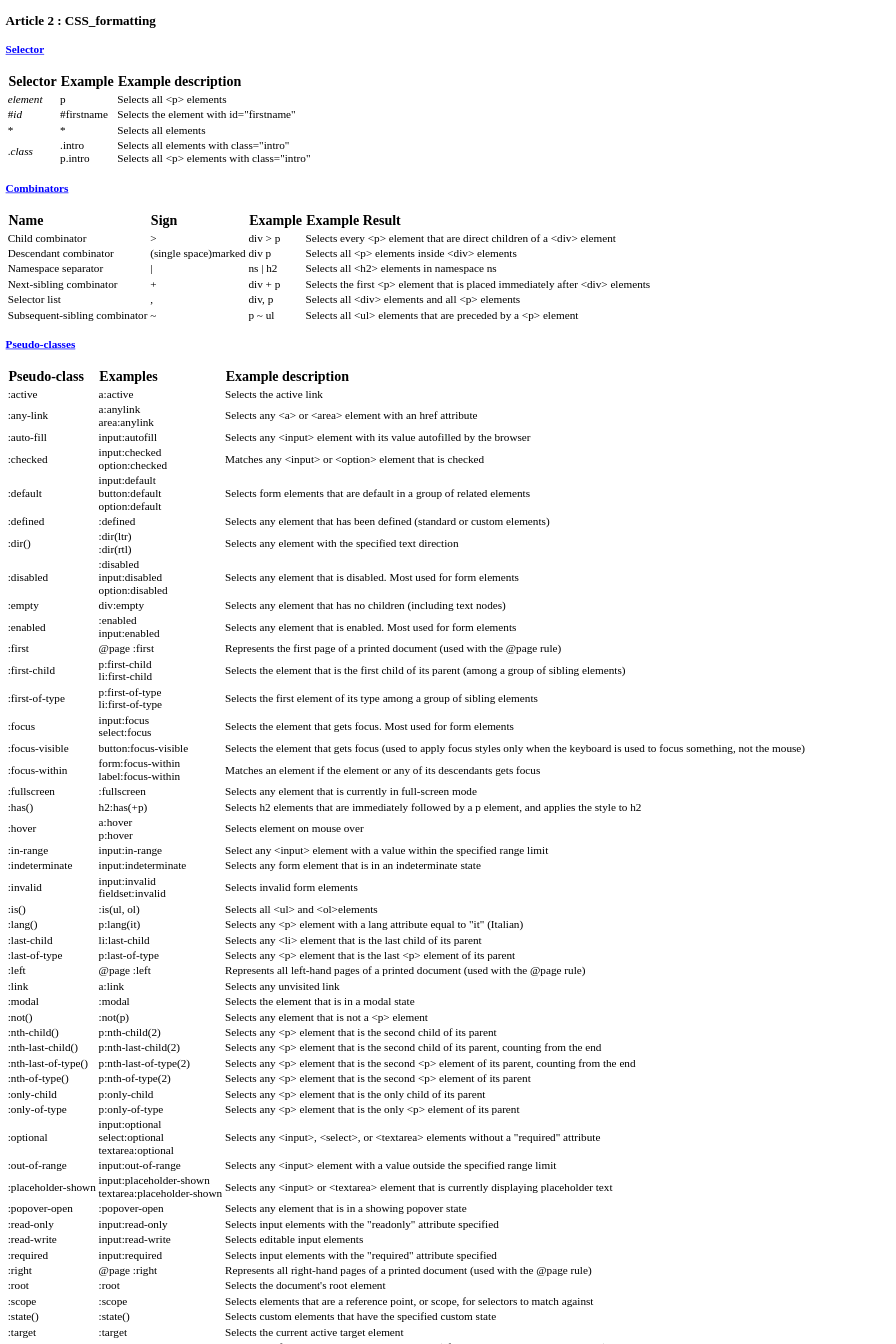
Repository: AnnaSpirit/2025_
Page: Bases/CSS_formatting.html
The author's editor kept a copy of each file at every save. The page is drawn from the files as they stood at one save, then again after the next save.
The browser window is 1280 px wide. The pictures show the part of the page from y = 0 to 1920 px (the page is 2571 px tall), at 70% of full size.

Above is the page before, as saved 2025-01-09 14:19:26.

### Bases/CSS_formatting.html
<!DOCTYPE html>
<html lang="en">
<head>
	<meta charset="UTF-8">
	<meta name="viewport" content="width=device-width, initial-scale=1.0">
	<title>CSS_formatting</title>
	<style>
		th{
		table-layout: auto;
		display: table-cell;
		vertical-align: middle;
		font-weight: bold;
		padding: 2px;
		text-align:justify;
		font-size: 20px;
		}
		.subSection{
			color: blue;
			font-weight: bold;
			text-decoration: underline;
		}
	</style>
</head>
<body>
<h3>Article 2 : CSS_formatting</h3>
<h4 class = "subSection">Selector</h4>
<table>
<tr>
	<th>Selector</th>
	<th>Example</th>
	<th>Example description</th>
</tr>
<tr>
	<td><i>element</i></td>
	<td>p</td>
	<td>Selects all &lt;p&gt; elements</td>
</tr>
<tr>
	<td>#<i>id</i></td>
	<td>#firstname</td>
	<td>Selects the element with id="firstname"</td>
</tr>
<tr>
	<td>*</td>
	<td>*</td>
	<td>Selects all elements</td>
</tr>
<tr>
	<td>.<i>class</i></td>
	<td>.intro<br>p.intro</td>
	<td>Selects all elements with class="intro"<br>Selects all &lt;p&gt; elements with class="intro"
	</td>
</tr>
</table>
<h4 class = "subSection">Combinators</h4>
<table>
<tbody>
	<tr>
		<th>Name</th>
		<th>Sign</th>
		<th>Example</th>
		<th>Example Result</th>
	</tr>
	<tr>
		<td>Child combinator</td>
		<td>&gt;</td>
		<td>div &gt; p</td>
		<td>Selects every &lt;p&gt; element that are direct children of a &lt;div&gt; element</td>
	</tr>
	<tr>
		<td>Descendant combinator</td>
		<td><marked></marked>(single space)marked</td>
		<td>div p</td>
		<td>Selects all &lt;p&gt; elements inside &lt;div&gt; elements</td>
	</tr>
	<tr>
		<td>Namespace separator</td>
		<td>|</td>
		<td>ns | h2</td>
		<td>Selects all &lt;h2&gt; elements in namespace ns</td>
	</tr>
	<tr>
		<td>Next-sibling combinator</td>
		<td>+</td>
		<td>div + p</td>
		<td>Selects the first &lt;p&gt; element that is placed immediately after &lt;div&gt; elements</td>
	</tr>
	<tr>
		<td>Selector list</td>
		<td>,</td>
		<td>div, p</td>
		<td>Selects all &lt;div&gt; elements and all &lt;p&gt; elements</td>
	</tr>
	<tr>
		<td>Subsequent-sibling combinator</td>
		<td>~</td>
		<td>p ~ ul</td>
		<td>Selects all &lt;ul&gt; elements that are preceded by a &lt;p&gt; element</td>
	</tr>
</tbody>
</table>
<h4 class = "subSection">Pseudo-classes</h4>
<table>
<tr>
	<th>Pseudo-class</th>
	<th>Examples</th>
	<th>Example description</th>
</tr>
<tr>
	<td>:active</td>
	<td>a:active</td>
	<td>Selects the active link</td>
</tr>
<tr>
	<td>:any-link</td>
	<td>a:anylink<br>area:anylink</td>
	<td>Selects any &lt;a&gt; or &lt;area&gt; element with an href attribute</td>
</tr>
<tr>
	<td>:auto-fill</td>
	<td>input:autofill</td>
	<td>Selects any &lt;input&gt; element with its value autofilled by the
		browser</td>
</tr>
<tr>
	<td>:checked</td>
	<td>input:checked<br>option:checked</td>
	<td>Matches any &lt;input&gt; or &lt;option&gt; element that is checked</td>
</tr>
<tr>
	<td>:default</td>
	<td>input:default<br>button:default<br>option:default</td>
	<td>Selects form elements that are default in a group of related elements</td>
</tr>
<tr>
	<td>:defined</td>
	<td>:defined</td>
	<td>Selects any element that has been defined (standard or custom
		elements)</td>
</tr>
<tr>
	<td>:dir()</td>
	<td>:dir(ltr)<br>:dir(rtl)</td>
	<td>Selects any element with the specified text direction</td>
</tr>
<tr>
	<td>:disabled</td>
	<td>:disabled<br>input:disabled<br>option:disabled</td>
	<td>Selects any element that is disabled. Most used for form elements</td>
</tr>
<tr>
	<td>:empty</td>
	<td>div:empty</td>
	<td>Selects any element that has no children (including text nodes)</td>
</tr>
<tr>
	<td>:enabled</td>
	<td>:enabled<br>input:enabled</td>
	<td>Selects any element that is enabled. Most used for form elements</td>
</tr>
<tr>
	<td>:first</td>
	<td>@page :first</td>
	<td>Represents the first page of a printed document (used with the @page
		rule)</td>
</tr>
<tr>
	<td>:first-child</td>
	<td>p:first-child<br>li:first-child</td>
	<td>Selects the element that is the first child of its parent (among a group
		of sibling elements)</td>
</tr>
<tr>
	<td>:first-of-type</td>
	<td>p:first-of-type<br>li:first-of-type</td>
	<td>Selects the first element of its type among a group of sibling elements</td>
</tr>
<tr>
	<td>:focus</td>
	<td>input:focus<br>select:focus</td>
	<td>Selects the element that gets focus. Most used for form elements</td>
</tr>
<tr>
	<td>:focus-visible</td>
	<td>button:focus-visible</td>
	<td>Selects the element that gets focus (used to apply focus styles only
		when the keyboard is used to focus something, not the mouse)</td>
</tr>
<tr>
	<td>:focus-within</td>
	<td>form:focus-within<br>label:focus-within</td>
	<td>Matches an element if the element or any of its descendants gets focus</td>
</tr>
<tr>
	<td>:fullscreen</td>
	<td>:fullscreen</td>
	<td>Selects any element that is currently in full-screen mode</td>
</tr>
<tr>
	<td>:has()</td>
	<td>h2:has(+p)</td>
	<td>Selects h2 elements that are immediately followed by a p element, and
		applies the style to h2</td>
</tr>
<tr>
	<td>:hover</td>
	<td>a:hover<br>p:hover</td>
	<td>Selects element on mouse over</td>
</tr>
<tr>
	<td>:in-range</td>
	<td>input:in-range</td>
	<td>Select any &lt;input&gt; element with a value within the specified range
		limit</td>
</tr>
<tr>
	<td>:indeterminate</td>
	<td>input:indeterminate</td>
	<td>Selects any form element that is in an indeterminate state</td>
</tr>
<tr>
	<td>:invalid</td>
	<td>input:invalid<br>fieldset:invalid</td>
	<td>Selects invalid form elements</td>
</tr>
<tr>
	<td>:is()</td>
	<td>:is(ul, ol)</td>
	<td>Selects all &lt;ul&gt; and &lt;ol&gt;elements</td>
</tr>
<tr>
	<td>:lang()</td>
	<td>p:lang(it)</td>
	<td>Selects any &lt;p&gt; element with a lang attribute equal to "it" (Italian)</td>
</tr>
<tr>
	<td>:last-child</td>
	<td>li:last-child</td>
	<td>Selects any &lt;li&gt; element that is the last child of its parent</td>
</tr>
<tr>
	<td>:last-of-type</td>
	<td>p:last-of-type</td>
	<td>Selects any &lt;p&gt; element that is the last &lt;p&gt; element of its parent</td>
</tr>
<tr>
	<td>:left</td>
	<td>@page :left</td>
	<td>Represents all left-hand pages of a printed document (used with the @page
		rule)</td>
</tr>
<tr>
	<td>:link</td>
	<td>a:link</td>
	<td>Selects any unvisited link</td>
</tr>
<tr>
	<td>:modal</td>
	<td>:modal</td>
	<td>Selects the element that is in a modal state</td>
</tr>
<tr>
	<td>:not()</td>
	<td>:not(p)</td>
	<td>Selects any element that is not a &lt;p&gt; element</td>
</tr>
<tr>
	<td>:nth-child()</td>
	<td>p:nth-child(2)</td>
	<td>Selects any &lt;p&gt; element that is the second child of its parent</td>
</tr>
<tr>
	<td>:nth-last-child()</td>
	<td>p:nth-last-child(2)</td>
	<td>Selects any &lt;p&gt; element that is the second child of its parent, counting from the
		end</td>
</tr>
<tr>
	<td>:nth-last-of-type()</td>
	<td>p:nth-last-of-type(2)</td>
	<td>Selects any &lt;p&gt; element that is the second &lt;p&gt; element of its parent, counting from the
		end</td>
</tr>
<tr>
	<td>:nth-of-type()</td>
	<td>p:nth-of-type(2)</td>
	<td>Selects any &lt;p&gt; element that is the second &lt;p&gt; element of its parent</td>
</tr>
<tr>
	<td>:only-child</td>
	<td>p:only-child</td>
	<td>Selects any &lt;p&gt; element that is the only child of its parent</td>
</tr>
<tr>
	<td>:only-of-type</td>
	<td>p:only-of-type</td>
	<td>Selects any &lt;p&gt; element that is the only &lt;p&gt; element of its parent</td>
</tr>
<tr>
	<td>:optional</td>
	<td>input:optional<br>select:optional<br>textarea:optional</td>
	<td>Selects any &lt;input&gt;, &lt;select&gt;, or &lt;textarea&gt; elements without
		a "required" attribute</td>
</tr>
<tr>
	<td>:out-of-range</td>
	<td>input:out-of-range</td>
	<td>Selects any &lt;input&gt; element with a value outside the specified range
		limit</td>
</tr>
<tr>
	<td>:placeholder-shown</td>
	<td>input:placeholder-shown<br>
		textarea:placeholder-shown</td>
	<td>Selects any &lt;input&gt; or &lt;textarea&gt; element that is currently displaying
		placeholder text</td>
</tr>
<tr>
	<td>:popover-open</td>
	<td>:popover-open</td>
	<td>Selects any element that is in a showing popover state</td>
</tr>
<tr>
	<td>:read-only</td>
	<td>input:read-only</td>
	<td>Selects input elements with the "readonly" attribute specified</td>
</tr>
<tr>
	<td>:read-write</td>
	<td>input:read-write</td>
	<td>Selects editable input elements</td>
</tr>
<tr>
	<td>:required</td>
	<td>input:required</td>
	<td>Selects input elements with the "required" attribute specified</td>
</tr>
<tr>
	<td>:right</td>
	<td>@page :right</td>
	<td>Represents all right-hand pages of a printed document (used with the @page
		rule)</td>
</tr>
<tr>
	<td>:root</td>
	<td>:root</td>
	<td>Selects the document's root element</td>
</tr>
<tr>
	<td>:scope</td>
	<td>:scope</td>
	<td>Selects elements that are a reference point, or scope, for selectors to
		match against</td>
</tr>
<tr>
	<td>:state()</td>
	<td>:state()</td>
	<td>Selects custom elements that have the specified custom state</td>
</tr>
<tr>
	<td>:target</td>
	<td>:target </td>
	<td>Selects the current active target element</td>
</tr>
<tr>
	<td>:user-invalid</td>
	<td>:user-invalid</td>
	<td>Selects any form element with an invalid value (after the user have
		interacted with it)</td>
</tr>
<tr>
	<td>:user-valid</td>
	<td>:user-valid</td>
	<td>Selects any form element with a valid value (after the user have
		interacted with it)</td>
</tr>
<tr>
	<td>:valid</td>
	<td>input:valid</td>
	<td>Selects all input elements with a valid value</td>
</tr>
<tr>
	<td>:visited</td>
	<td>a:visited<br>area:visited</td>
	<td>Selects all visited links</td>
</tr>
<tr>
	<td>:where()</td>
	<td>:where(ol, ul)</td>
	<td>Selects all &lt;ul&gt; and &lt;ol&gt;elements</td>
</tr>
</table>
<h4 class = "subSection">Pseudo-elements</h4>
<table>
	<tr>
		<th>Pseudo-element</th>
		<th>Example</th>
		<th>Example description</th>
	</tr>
	<tr>
		<td>::after</td>
		<td>p::after<br>div::after</td>
		<td>Inserts something after the content of the specified element</td>
	</tr>
	<tr>
		<td>::backdrop</td>
		<td>dialog::backdrop</td>
		<td>Styles the viewbox behind a dialog box or popover element</td>
	</tr>
	<tr>
		<td>::before</td>
		<td>p::before<br>div::before</td>
		<td>Inserts something before the content of the specified element</td>
	</tr>
	<tr>
		<td>::file-selector-button</td>
		<td>::file-selector-button</td>
		<td>Selects any button of type &lt;input type="file"&gt;</td>
	</tr>
	<tr>
		<td>::first-letter</td>
		<td>p::first-letter</td>
		<td>Selects the first letter of every &lt;p&gt; element</td>
	</tr>
	<tr>
		<td>::first-line</td>
		<td>p::first-line</td>
		<td>Selects the first line of every &lt;p&gt; element</td>
	</tr>
	<tr>
		<td>::grammar-error</td>
		<td>::grammar-error</td>
		<td>Styles a text that the browser has flagged as grammatically incorrect</td>
	</tr>
	<tr>
		<td>::highlight()</td>
		<td>::highlight(custom-name)</td>
		<td>Selects a custom highlight</td>
	</tr>
	<tr>
		<td>::marker</td>
		<td>::marker</td>
		<td>Selects the markers of list items</td>
	</tr>
	<tr>
		<td>::placeholder</td>
		<td>input::placeholder<br>textarea::placeholder</td>
		<td>Styles the placeholder text of &lt;input&gt; or &lt;textarea&gt; elements</td>
	</tr>
	<tr>
		<td>::selection</td>
		<td>::selection</td>
		<td>Styles the user-selected text</td>
	</tr>
	<tr>
		<td>::spelling-error</td>
		<td>::spelling-error</td>
		<td>Styles a text that the browser has flagged as incorrectly spelled</td>
	</tr>
	<tr>
		<td>::view-transition</td>
		<td>::view-transition</td>
		<td>Represents the root of the view transitions overlay, which contains all
			view transition on the page</td>
	</tr>
	<tr>
		<td>::view-transition-group</td>
		<td>::view-transition-group</td>
		<td>Represents a single view transition snapshot group</td>
	</tr>
	<tr>
		<td>::view-transition-image-pair</td>
		<td>::view-transition-image-pair</td>
		<td>Represents a container for a view transition's "old" and "new" view
			states - before and after the transition</td>
	</tr>
	<tr>
		<td>::view-transition-new</td>
		<td>::view-transition-new</td>
		<td>Represents the "new" view state of a view transition</td>
	</tr>
	<tr>
		<td>::view-transition-old</td>
		<td>::view-transition-old</td>
		<td>Represents the "old" view state of a view transition</td>
	</tr>
</tbody>
</table>
</body>
</html>

After the next save:
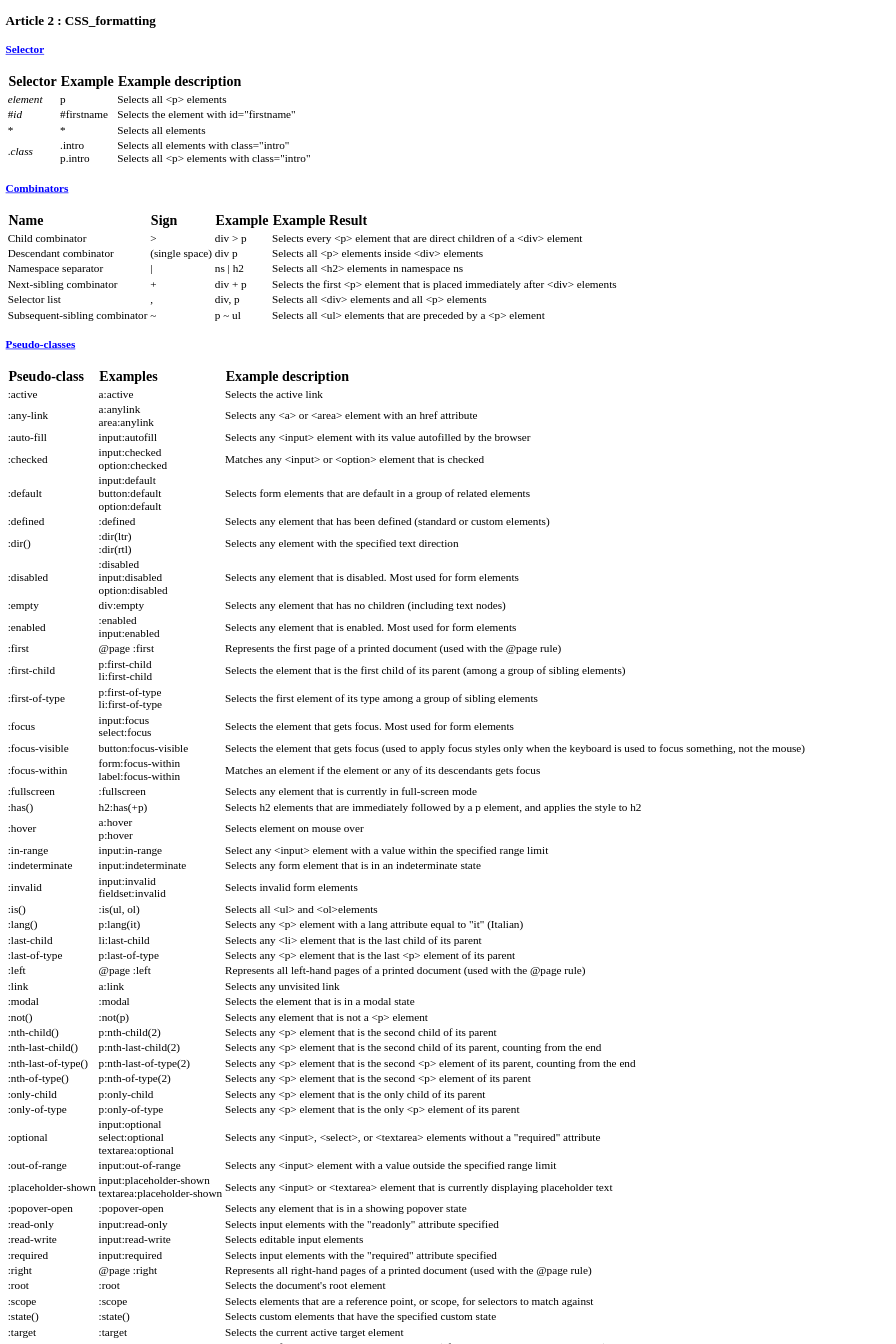
Saved 5 s later.
--- a/Bases/CSS_formatting.html
+++ b/Bases/CSS_formatting.html
@@ -69,7 +69,7 @@
 	</tr>
 	<tr>
 		<td>Descendant combinator</td>
-		<td><marked></marked>(single space)marked</td>
+		<td><marked></marked>(single space)</td>
 		<td>div p</td>
 		<td>Selects all &lt;p&gt; elements inside &lt;div&gt; elements</td>
 	</tr>
